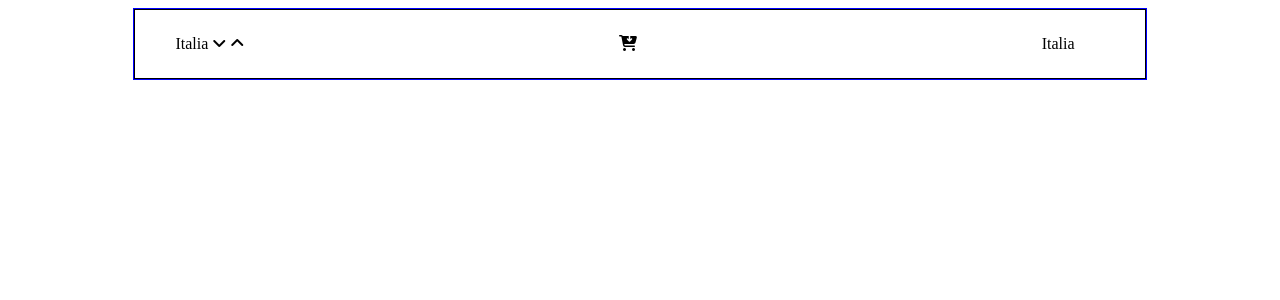
Repository: jacoporm1989/studioFlexbox
Page: FLEXBOX/header+navbar+hero1/index.html
An editor plug-in stored every save of this project. The page is shown before and after the next save, followed by the edit.
The browser window is 1280 px wide. The pictures show the whole page.

Above is the page before, as saved 2026-06-15 15:30:08.

After the next save:
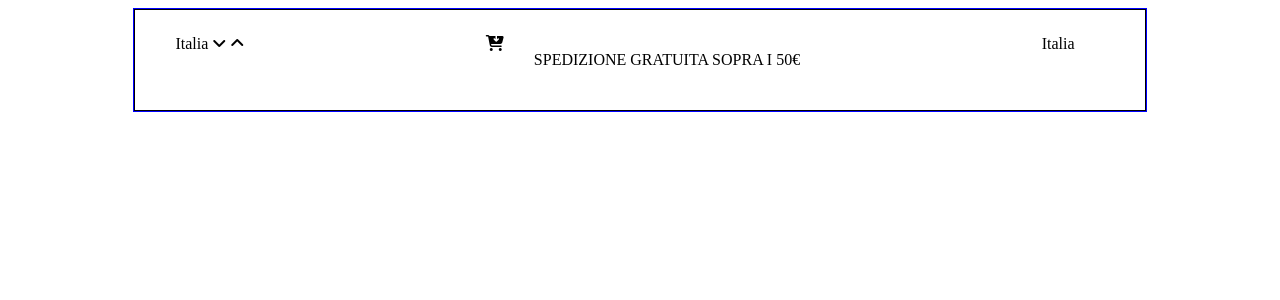
Saved 55 s later.
--- a/FLEXBOX/header+navbar+hero1/index.html
+++ b/FLEXBOX/header+navbar+hero1/index.html
@@ -30,7 +30,7 @@
                 </ul>
                 <ul>
                     <li><i class="fa-solid fa-cart-arrow-down"></i></li>
-                    <li></li>
+                    <li><p>SPEDIZIONE GRATUITA SOPRA I 50€</p></li>
                 </ul>
 
                 <ul>
